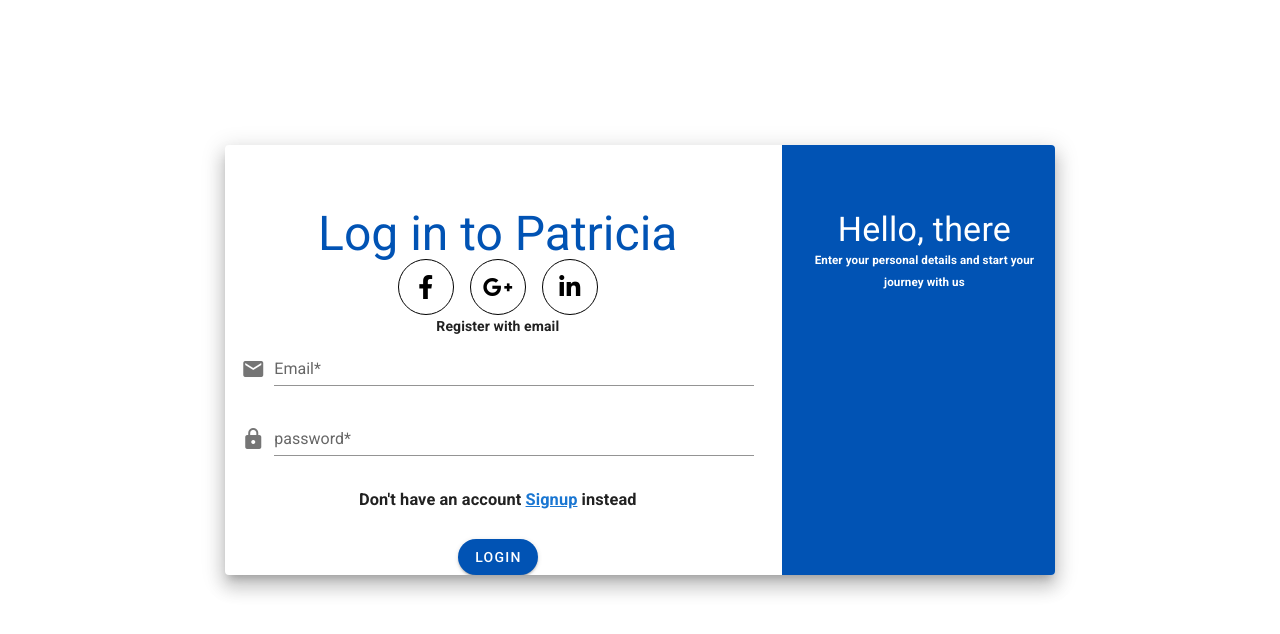
Repository: akinsikuoluwafemi/Pats_userAuth
Page: /login
An editor plug-in stored every save of this project. The page is shown before and after the next save, followed by the edit.
The browser window is 1280 px wide. The pictures show the whole page.
The project was rebuilt for these pictures with package versions that can differ from the ones it lists, and the page was loaded fresh each time. Also part of the build but not shown: vue.config.js, src/views/Signup.vue, src/views/UserInfo.vue.

Above is the page before, as saved 2020-11-05 21:56:56.

### src/main.js
import Vue from 'vue'
import App from './App.vue'
import router from './router'
import vuetify from './plugins/vuetify';
import store from './store';

Vue.config.productionTip = false

new Vue({
  store,
  router,
  vuetify,
  render: h => h(App)
}).$mount('#app')

### src/App.vue
<template>
  <v-app>


    <v-main>
      <router-view></router-view>
    </v-main>
  </v-app>
</template>

<script>

export default {
  name: 'App',

  components: {

},

  data: () => ({
    //
  }),
};
</script>

### src/router/index.js
import Vue from 'vue'
import VueRouter from 'vue-router'
// import Home from '../views/Home.vue'
import Login from '../views/Login.vue'
import Signup from "../views/Signup.vue";
import UserInfo from "../views/UserInfo.vue";


Vue.use(VueRouter)

const routes = [
  {
    path: "/",
    name: "Userinfo",
    component: UserInfo,
    meta: {
      requiresAuth: true,
    },
  },
  {
    path: "/login",
    name: "Login",
    component: Login

  },

  {
    path: "/signup",
    name: "Signup",
    component: Signup,
  },

  {
    path: "/userinfo",
    // name: "Userinfo",
    // component: UserInfo,
  },
  {
    path: "/about",
    name: "About",
    // route level code-splitting
    // this generates a separate chunk (about.[hash].js) for this route
    // which is lazy-loaded when the route is visited.
    component: () =>
      import(/* webpackChunkName: "about" */ "../views/About.vue"),
  },
];

const router = new VueRouter({
  mode: 'history',
  base: process.env.BASE_URL,
  routes
})



export default router

### src/plugins/vuetify.js
import "@fortawesome/fontawesome-free/css/all.css"
import 'material-design-icons-iconfont/dist/material-design-icons.css'
import Vue from 'vue';
import Vuetify from 'vuetify/lib';

Vue.use(Vuetify);

export default new Vuetify({
    icons: {
        iconfont: 'md' || 'fa'
    }
});

### src/store/index.js
import Vuex from 'vuex';
import Vue from 'vue';
import auth from './modules/auth';


// Load Vuex
Vue.use(Vuex);


// create store
export default new Vuex.Store({
    modules: {
        auth
    }
});

### src/views/Login.vue
<template>
  <v-app>
    <v-content>
      <v-container class="fill-height" fluid>
        <v-row align="center" justify="center">
          <v-col cols="12" sm="8" md="8">
            <v-card class="elevation-12">
              <v-window v-model="stop">
                <v-window-item :value="1">
                  <v-row>
                    <v-col cols="12" md="8">
                      <v-card-text class="mt-12">
                        <h1
                          class="text-center display-2"
                          v-bind:style="{ color: '#0153B4' }"
                        >
                          Log in to Patricia
                        </h1>
                        <div class="text-center" mt-4>
                          <v-btn class="mx-2" fab color="black" outlined>
                            <v-icon>fab fa-facebook-f</v-icon>
                          </v-btn>
                          <v-btn class="mx-2" fab color="black" outlined>
                            <v-icon>fab fa-google-plus-g</v-icon>
                          </v-btn>
                          <v-btn class="mx-2" fab color="black" outlined>
                            <v-icon>fab fa-linkedin-in</v-icon>
                          </v-btn>
                        </div>
                        <h4 class="text-center mlt-4">Register with email</h4>
                        <v-form>
                          <v-text-field
                          required

                            v-model="email"
                            label="Email*"
                            name="Email"
                            prepend-icon="email"
                            type="text"
                            v-bind:style="{ color: '#0153B4' }"
                          />
                          <v-text-field
                          required

                            v-model="password"
                            id="password"
                            label="password*"
                            name="Password"
                            prepend-icon="lock"
                            type="password"
                            v-bind:style="{ color: '#0153B4' }"
                          />

                        <h3 class="text-center mt-3">
                          Don't have an account
                          <router-link to="/signup"> Signup</router-link> instead
                        </h3>
                        </v-form>

                      </v-card-text>
                      <div class="text-center mt-3">
                        <v-btn
                          rounded
                          v-bind:style="{ background: '#0153B4' }"
                          dark
                          @submit="handleLogin"

                          >Login</v-btn
                        >
                      </div>
                    </v-col>
                    <v-col
                      cols="12"
                      md="4"
                      class=""
                      v-bind:style="{ background: '#0153B4' }"
                    >
                      <v-card-text class="white--text mt-12">
                        <h1 class="text-center display-1">Hello, there</h1>
                        <h5 class="text-center">
                          Enter your personal details and start your journey
                          with us
                        </h5>
                      </v-card-text>
                      <div class="text-center">
                        <!-- <v-btn rounded outlined="" dark @click="step++">
                          Login
                        </v-btn> -->
                      </div>
                    </v-col>
                  </v-row>
                </v-window-item>
              </v-window>
            </v-card>
          </v-col>
        </v-row>
      </v-container>
    </v-content>
  </v-app>
</template>
<script>
export default {
  data: () => ({
    email: '',
    password: ''
  }),
  props: {
    source: String
  },
  methods: {
    handleLogin: function() {
      return alert(JSON.stringify({
        email: this.email,
        password: this.password
      }))
    }

  }
}
</script>

### src/store/modules/auth.js
const state = {
    users: []
}

const getters = {
    allUsers: (state) => state.users
}

const actions = {}

const mutations = {}


export default {
  state,
  getters,
  actions,
  mutations,
};

Loaded but not shown: public/index.html (common file)

After the next save:
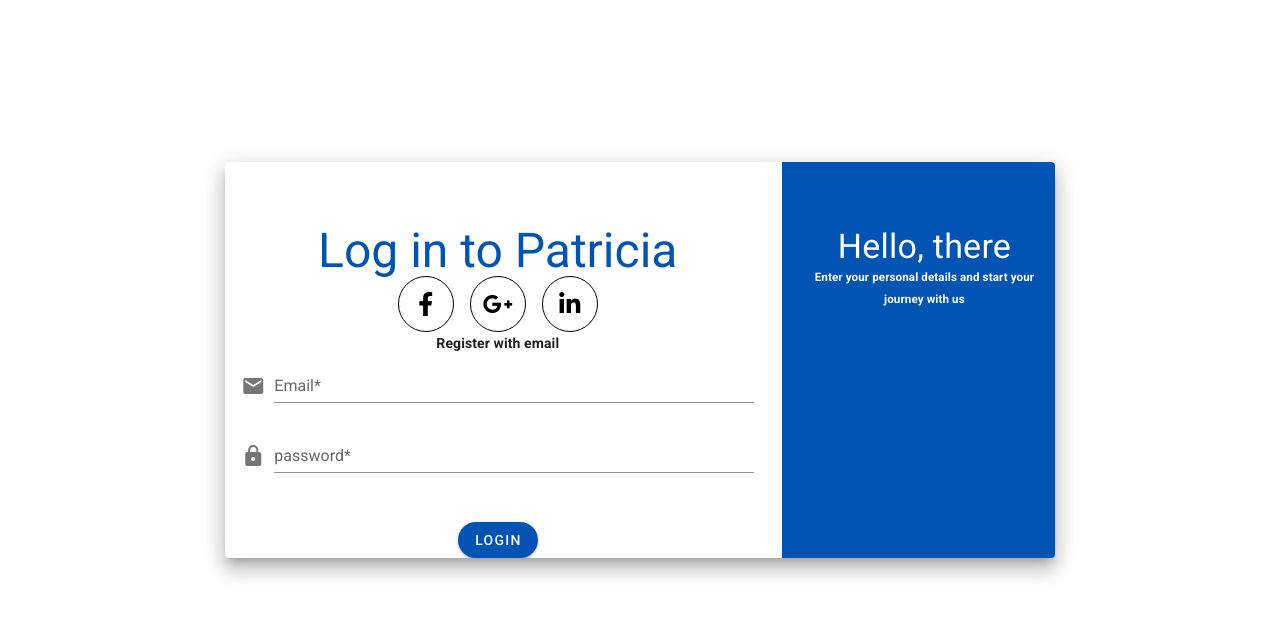
Saved 6 s later.
--- a/src/views/Login.vue
+++ b/src/views/Login.vue
@@ -51,10 +51,7 @@
                             v-bind:style="{ color: '#0153B4' }"
                           />
 
-                        <h3 class="text-center mt-3">
-                          Don't have an account
-                          <router-link to="/signup"> Signup</router-link> instead
-                        </h3>
+
                         </v-form>
 
                       </v-card-text>

After the save that followed:
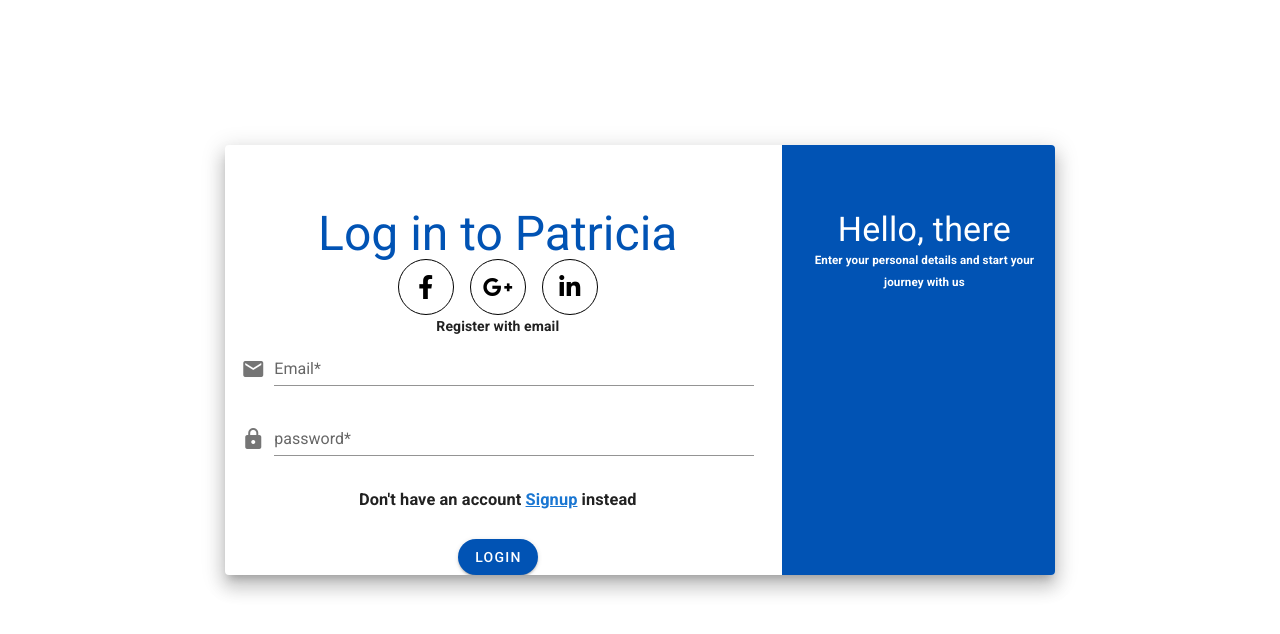
Saved 7 s later.
--- a/src/views/Login.vue
+++ b/src/views/Login.vue
@@ -51,7 +51,10 @@
                             v-bind:style="{ color: '#0153B4' }"
                           />
 
-
+                        <h3 class="text-center mt-3">
+                          Don't have an account
+                          <router-link to="/signup"> Signup</router-link> instead
+                        </h3>
                         </v-form>
 
                       </v-card-text>
